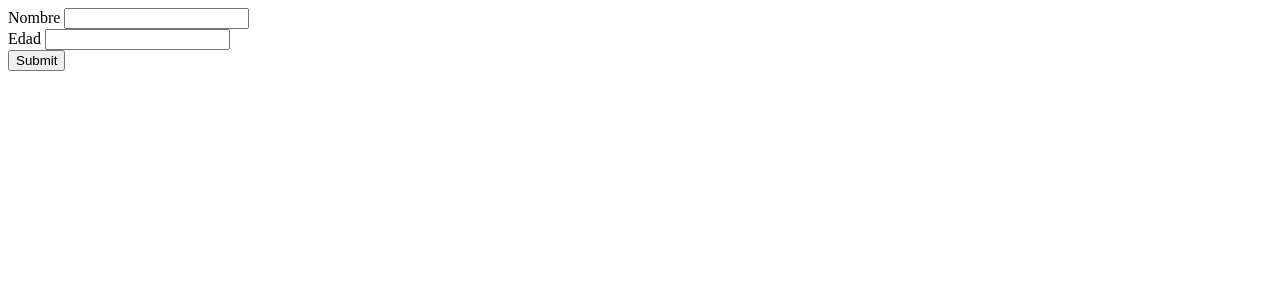
Repository: Kosiner0/ejerciciosServlets
Page: 01-PrimerEjemplo/src/main/webapp/Formulario01.html
An editor plug-in stored every save of this project. The page is shown before and after the next save, followed by the edit.
The browser window is 1280 px wide. The pictures show the whole page.

Above is the page before, as saved 2024-04-29 11:30:36.

### 01-PrimerEjemplo/src/main/webapp/Formulario01.html
<!DOCTYPE html>
<html>
	<head>
		<meta charset="ISO-8859-1">
		<title>Insert title here</title>
	</head>
	<body>
		<form action="ServletFormulario01" method="post">
			Nombre <input type="text" name="nombre"><br>
			Edad <input type="text" name="edad"><br>
			<input type="submit" name="Enviar Datos"><br>
		</form>
	</body>
</html>

After the next save:
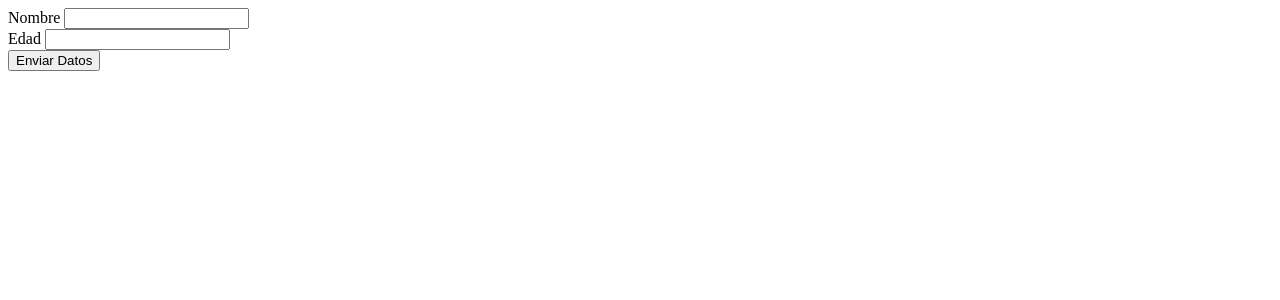
Saved 19 s later.
--- a/01-PrimerEjemplo/src/main/webapp/Formulario01.html
+++ b/01-PrimerEjemplo/src/main/webapp/Formulario01.html
@@ -8,7 +8,7 @@
 		<form action="ServletFormulario01" method="post">
 			Nombre <input type="text" name="nombre"><br>
 			Edad <input type="text" name="edad"><br>
-			<input type="submit" name="Enviar Datos"><br>
+			<input type="submit" value="Enviar Datos"><br>
 		</form>
 	</body>
 </html>
